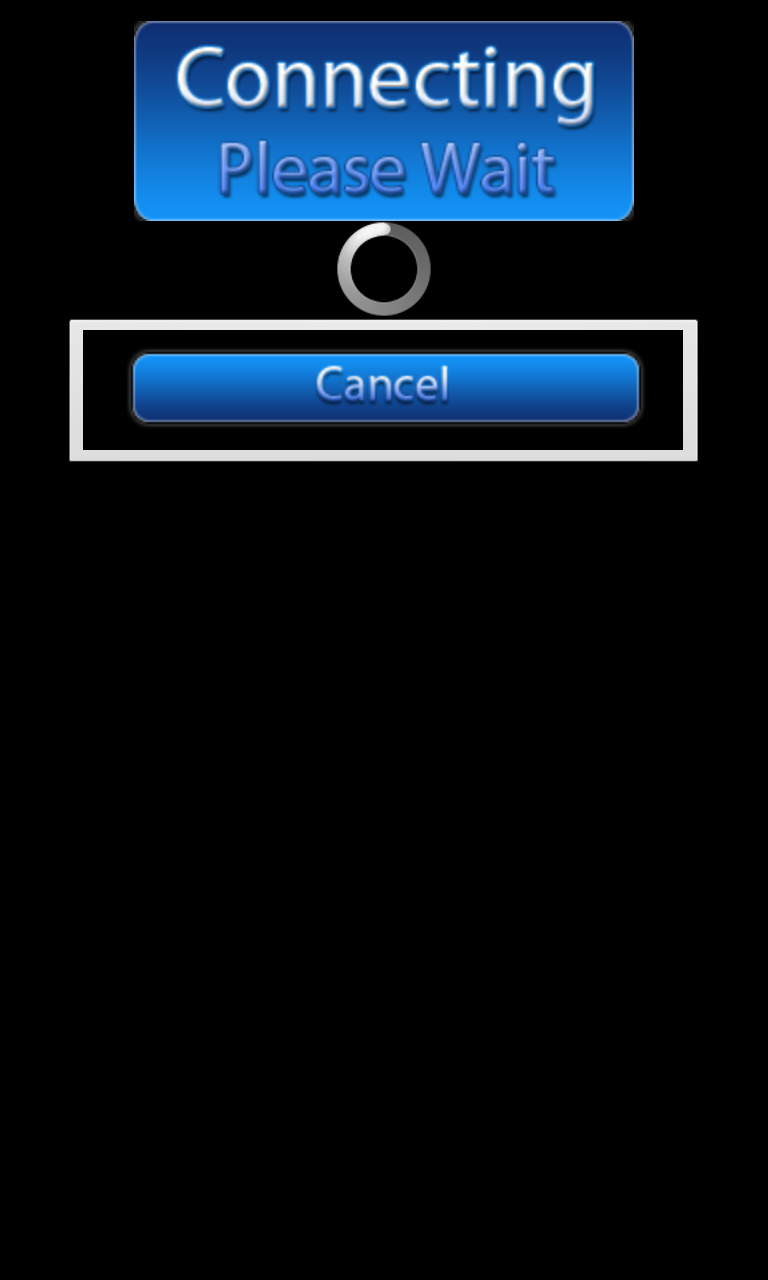
Repository: Matt-Bishop/HP-Photo-Kiosk
Layout: workspace/HP_PK/res/layout/connecting.xml
An editor plug-in stored every save of this project. The layout is shown before and after the next save, followed by the edit.
It is drawn on a 768 x 1280 px phone screen (xhdpi) without system bars, with theme android:Theme; the app's code is not run.

Above is the layout before, as saved 2011-01-05 02:01:20.

After the next save:
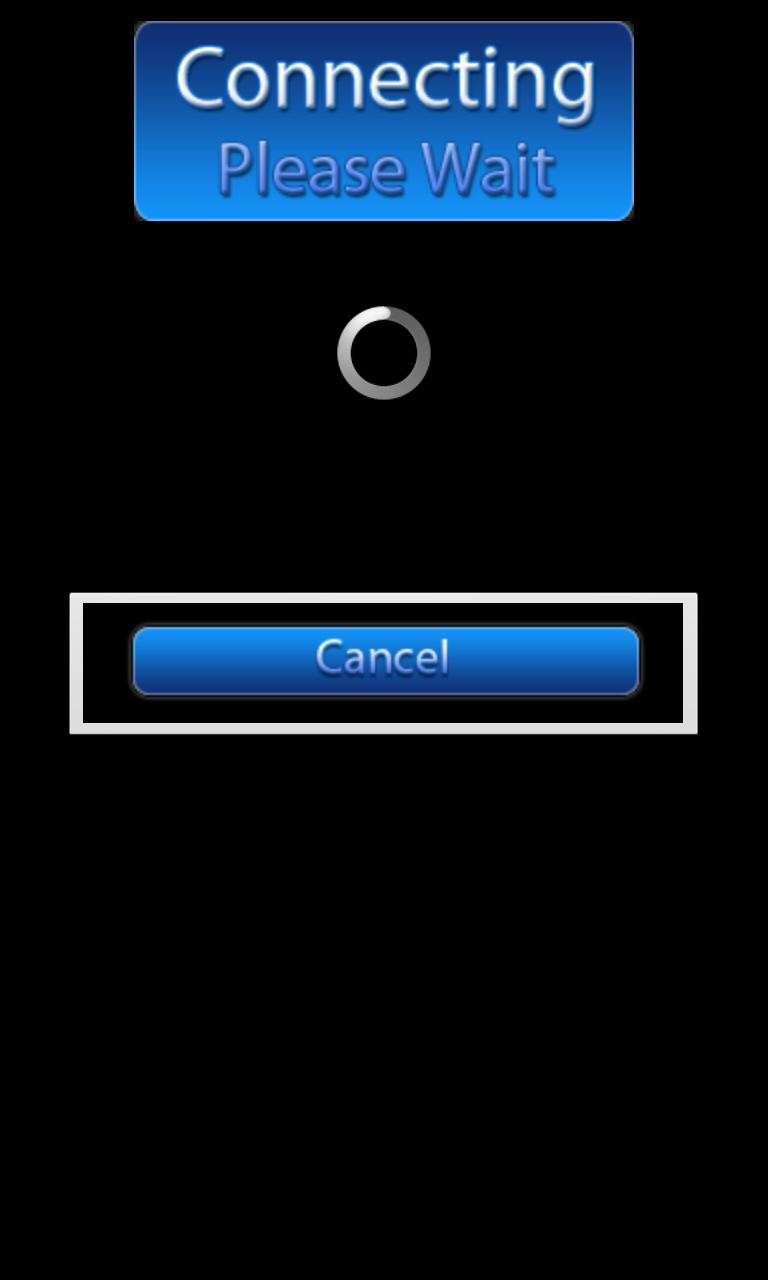
Saved 59 s later.
--- a/workspace/HP_PK/res/layout/connecting.xml
+++ b/workspace/HP_PK/res/layout/connecting.xml
@@ -29,28 +29,28 @@
 <LinearLayout
 android:id="@+id/widget58"
 android:layout_width="wrap_content"
-android:layout_height="wrap_content"
+android:layout_height="21px"
 android:orientation="vertical"
 >
 </LinearLayout>
 <LinearLayout
 android:id="@+id/widget57"
 android:layout_width="wrap_content"
-android:layout_height="wrap_content"
+android:layout_height="21px"
 android:orientation="vertical"
 >
 </LinearLayout>
 <LinearLayout
 android:id="@+id/widget59"
 android:layout_width="wrap_content"
-android:layout_height="wrap_content"
+android:layout_height="21px"
 android:orientation="vertical"
 >
 </LinearLayout>
 <LinearLayout
 android:id="@+id/widget60"
 android:layout_width="wrap_content"
-android:layout_height="wrap_content"
+android:layout_height="21px"
 android:orientation="vertical"
 >
 </LinearLayout>
@@ -65,69 +65,69 @@
 <LinearLayout
 android:id="@+id/widget56"
 android:layout_width="wrap_content"
-android:layout_height="wrap_content"
+android:layout_height="21px"
 android:orientation="vertical"
 >
 </LinearLayout>
 <LinearLayout
 android:id="@+id/widget62"
 android:layout_width="wrap_content"
-android:layout_height="wrap_content"
+android:layout_height="21px"
 android:orientation="vertical"
 >
 </LinearLayout>
 <LinearLayout
 android:id="@+id/widget61"
 android:layout_width="wrap_content"
-android:layout_height="wrap_content"
+android:layout_height="21px"
 android:orientation="vertical"
 >
 </LinearLayout>
 <LinearLayout
 android:id="@+id/widget66"
 android:layout_width="wrap_content"
-android:layout_height="wrap_content"
+android:layout_height="21px"
 android:orientation="vertical"
 >
 </LinearLayout>
 <LinearLayout
 android:id="@+id/widget65"
 android:layout_width="wrap_content"
-android:layout_height="wrap_content"
+android:layout_height="21px"
 android:orientation="vertical"
 >
 </LinearLayout>
 <LinearLayout
 android:id="@+id/widget67"
 android:layout_width="wrap_content"
-android:layout_height="wrap_content"
+android:layout_height="21px"
 android:orientation="vertical"
 >
 </LinearLayout>
 <LinearLayout
 android:id="@+id/widget68"
 android:layout_width="wrap_content"
-android:layout_height="wrap_content"
+android:layout_height="21px"
 android:orientation="vertical"
 >
 </LinearLayout>
 <LinearLayout
 android:id="@+id/widget70"
 android:layout_width="wrap_content"
-android:layout_height="wrap_content"
+android:layout_height="21px"
 android:orientation="vertical"
 >
 </LinearLayout>
 <LinearLayout
 android:id="@+id/widget64"
 android:layout_width="wrap_content"
-android:layout_height="wrap_content"
+android:layout_height="21px"
 android:orientation="vertical"
 >
 <LinearLayout
 android:id="@+id/widget69"
 android:layout_width="wrap_content"
-android:layout_height="wrap_content"
+android:layout_height="21px"
 android:orientation="vertical"
 >
 </LinearLayout>
